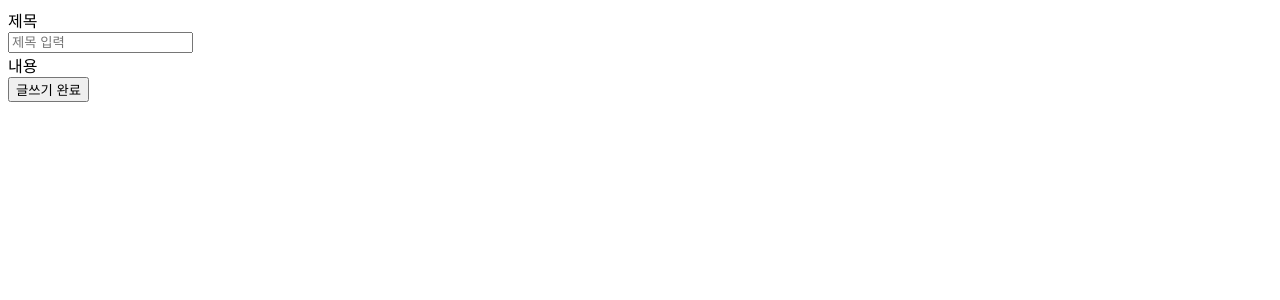
Repository: Pang-Ho/TIL
Page: JavaScript/workspace_web/htmltest/WebContent/boardwrite.html
An editor plug-in stored every save of this project. The page is shown before and after the next save, followed by the edit.
The browser window is 1280 px wide. The pictures show the whole page.

Above is the page before, as saved 2021-08-19 08:48:11.

After the next save:
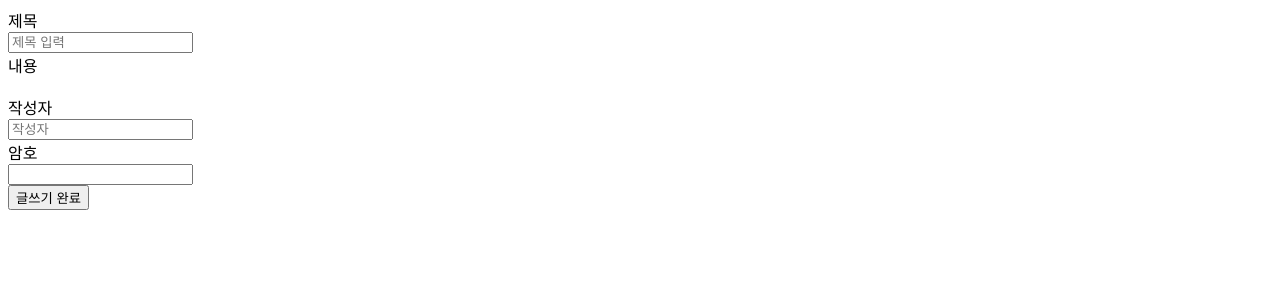
Saved 2 min 8 s later.
--- a/JavaScript/workspace_web/htmltest/WebContent/boardwrite.html
+++ b/JavaScript/workspace_web/htmltest/WebContent/boardwrite.html
@@ -9,7 +9,11 @@
 		제목<br>
 		<input type="text" placeholder="제목 입력" name="title"><br>
 		내용<br>
-		<textaera class="form-control" rows="3" placeholder="내용 입력" name="contents"></textaera>
+		<textaera class="form-control" rows="3" placeholder="내용 입력" name="contents"></textaera><br>
+		작성자<br>
+		<input type="text" placeholder="작성자" name="name"><br>
+		암호<br>
+		<input type="password" placeholer="암호" name="pw"><br>
 
 		<input type="submit" value="글쓰기 완료">
 	</form>
